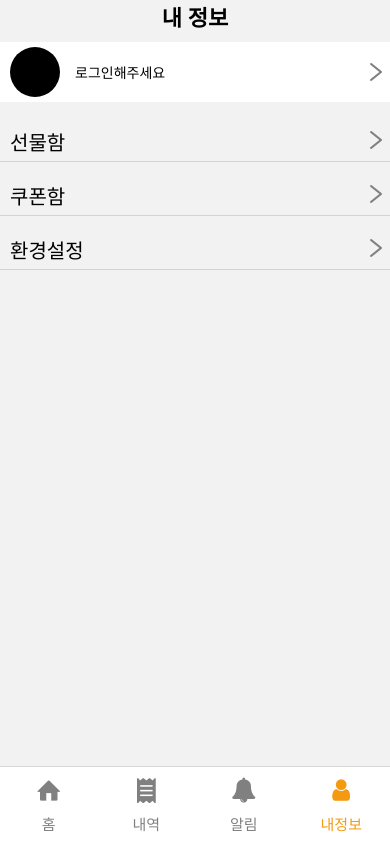
Repository: Unique0902/GachiDutch
Screen: /User
The author's editor kept a copy of each file at every save. The screen is drawn from the files as they stood at one save, then again after the next save.
The app was drawn by React Native's web renderer in a window 390 px wide. The project was rebuilt for these pictures with package versions that can differ from the ones it lists, and the page was loaded fresh each time. Some packages were replaced by stand-ins written for this rebuild. Also part of the build but not shown: sources/components/lowBar/lowBar.jsx, sources/components/taxi/taxi.jsx, sources/components/alarm/alert.js, sources/components/alarm/alarm.jsx, sources/components/dutch_history/dutch_history.jsx, sources/components/dutchpay_historys/dutchpay_historys.jsx, sources/components/delivery_historys/delivery_historys.jsx, sources/components/taxi_historys/taxi_historys.jsx and 3 more.

Above is the screen before, as saved 2022-11-11 16:54:10.

### App.js
import React from 'react';
import { StyleSheet, Text, View, Image } from 'react-native';
import Home from './sources/components/home/home';
import { NavigationContainer } from '@react-navigation/native';
import { createNativeStackNavigator } from '@react-navigation/native-stack';
import Taxi from './sources/components/taxi/taxi';
import Main from './sources/routes/main/main';
import Login from './sources/routes/login/login';
import HttpClient from './sources/network/http.js';
import ReceiptService from './sources/services/receipt.js';
import Ready from './sources/components/ready/ready';

const Stack = createNativeStackNavigator();
const baseURL = 'https://dutch-server.herokuapp.com';
const httpClient = new HttpClient(baseURL);
const receiptService = new ReceiptService(baseURL);

export default function App() {
  return (
    <>
      <NavigationContainer>
        <Stack.Navigator screenOptions={{ headerShown: false }}>
          <Stack.Screen
            name='Main'
            children={({ navigation, route }) => (
              <Main
                receiptService={receiptService}
                navigation={navigation}
                route={route}
              />
            )}
          />
          <Stack.Screen name='Taxi' component={Taxi} />
          <Stack.Screen name='Login' component={Login} />
          <Stack.Screen name='Ready' component={Ready} />
        </Stack.Navigator>
      </NavigationContainer>
    </>
  );
}

const styles = StyleSheet.create({
  header: {
    flexDirection: 'row',
    alignItems: 'center',
    justifyContent: 'space-between',
    margin: 25,
  },
  main: {},
  container: {
    flex: 1,
    backgroundColor: '#fff',
    alignItems: 'center',
    justifyContent: 'center',
  },
  logo: {
    width: 150,
    height: 30,
  },
});

### sources/components/home/home.jsx
import React, { useRef, useState, useEffect } from 'react';
import {
  StyleSheet,
  Text,
  View,
  Image,
  Button,
  Pressable,
  ScrollView,
  Dimensions,
} from 'react-native';
import { Entypo } from '@expo/vector-icons';
import { FontAwesome } from '@expo/vector-icons';
import { FontAwesome5 } from '@expo/vector-icons';
import LowBar from '../lowBar/lowBar';
import { isLogin, getUid } from '../../services/asyncstorage';
import { StatusBar } from 'react-native';

const Home = ({ login, setLogin, navigation, setUserData, userData }) => {
  const [scrollNum, setScrollNum] = useState(1);
  const windowWidth = Dimensions.get('window').width;
  const statusBarHeight = StatusBar.currentHeight;
  const headerStyle = {
    marginTop: statusBarHeight,
  };
  let advertisementWidth = windowWidth - 40;
  const scrollWidth = parseInt(advertisementWidth);
  let scrollLeft = 0;

  const advertisementStyle = () => {
    return {
      width: advertisementWidth,
    };
  };
  const pageCircleStyle = (num) => {
    if (scrollNum === num) {
      return {
        color: '#FB9700',
      };
    } else {
      return {
        color: '#FFFDD1',
      };
    }
  };
  const scrollRef = useRef();
  return (
    <View style={[styles.home, headerStyle]}>
      <View style={styles.top}>
        <View style={styles.header}>
          <Image
            source={require('../../images/dutch_logo.png')}
            style={styles.logo}
          />
          <Pressable
            onPress={() => {
              navigation.navigate('Ready');
            }}
          >
            <Entypo name='menu' size={35} color='black' />
          </Pressable>
        </View>
        <View style={styles.mainTop}>
          {login ? (
            <View style={styles.onLogin}>
              <Text style={styles.onLoginText}>
                {userData && userData.name}님 반가워요!
              </Text>
            </View>
          ) : (
            <View style={styles.login}>
              <View style={styles.loginTop}>
                <Pressable
                  style={styles.loginBtn}
                  onPress={() =>
                    navigation.navigate('Login', { setLogin, setUserData })
                  }
                >
                  <Text style={[styles.loginText, styles.loginBtnText]}>
                    로그인
                  </Text>
                </Pressable>
                <Text style={styles.loginText}>하시고</Text>
              </View>
              <Text style={styles.loginText}>다양한 혜택을 만나 보세요!</Text>
            </View>
          )}
          <View style={styles.advertisementBox}>
            <ScrollView
              horizontal
              pagingEnabled
              contentContainerStyle={styles.advertisementScroll}
              ref={scrollRef}
              onScroll={(e) => {
                scrollLeft = parseInt(e.nativeEvent.contentOffset.x);
                if (scrollLeft % scrollWidth < 10) {
                  setScrollNum(parseInt(scrollLeft / scrollWidth + 1));
                }
              }}
              scrollEventThrottle={100}
              showsHorizontalScrollIndicator={false}
            >
              <Pressable
                style={[styles.advertisement, advertisementStyle()]}
                onPress={() => {
                  navigation.navigate('Ready');
                }}
              >
                <Image
                  source={require('../../images/advertisement_img.png')}
                  style={styles.advertisementImg}
                />
                <Text style={styles.advertisementText}>
                  같이 더치로{'\n'}편리하게 이용하세요
                </Text>
              </Pressable>
              <Pressable
                style={[styles.advertisement, advertisementStyle()]}
                onPress={() => {
                  navigation.navigate('Ready');
                }}
              >
                <Image
                  source={require('../../images/advertisement_img.png')}
                  style={styles.advertisementImg}
                />
                <Text style={styles.advertisementText}>
                  같이 더치로{'\n'}편리하게 이용하세요
                </Text>
              </Pressable>
              <Pressable
                style={[styles.advertisement, advertisementStyle()]}
                onPress={() => {
                  navigation.navigate('Ready');
                }}
              >
                <Image
                  source={require('../../images/advertisement_img.png')}
                  style={styles.advertisementImg}
                />
                <Text style={styles.advertisementText}>
                  같이 더치로{'\n'}편리하게 이용하세요
                </Text>
              </Pressable>
              <Pressable
                style={[styles.advertisement, advertisementStyle()]}
                onPress={() => {
                  navigation.navigate('Ready');
                }}
              >
                <Image
                  source={require('../../images/advertisement_img.png')}
                  style={styles.advertisementImg}
                />
                <Text style={styles.advertisementText}>
                  같이 더치로{'\n'}편리하게 이용하세요
                </Text>
              </Pressable>
            </ScrollView>
            <View style={styles.pageCircles}>
              <FontAwesome
                style={[styles.pageCircle, pageCircleStyle(1)]}
                name='circle'
                size={10}
                color='white'
              />
              <FontAwesome
                style={[styles.pageCircle, pageCircleStyle(2)]}
                name='circle'
                size={10}
                color='white'
              />
              <FontAwesome
                style={[styles.pageCircle, pageCircleStyle(3)]}
                name='circle'
                size={10}
                color='white'
              />
              <FontAwesome
                style={[styles.pageCircle, pageCircleStyle(4)]}
                name='circle'
                size={10}
                color='white'
              />
            </View>
          </View>
        </View>
      </View>
      <Pressable
        style={styles.event}
        onPress={() => {
          navigation.navigate('Ready');
        }}
      >
        <View>
          <Text style={[styles.eventText, { fontSize: 20 }]}>
            이벤트 {'   '}|
          </Text>
        </View>
        <Text style={[styles.eventText, { fontSize: 15, marginLeft: 20 }]}>
          같이더치 월 결제로 10% 할인받자!
        </Text>
        <Text style={[styles.eventText, { fontSize: 20, marginLeft: 20 }]}>
          {'>'}
        </Text>
      </Pressable>

      <View style={styles.mainBottom}>
        <View style={styles.categories}>
          <View style={styles.topBtns}>
            <View style={styles.btnShadow}>
              <Pressable
                style={styles.goodsBtn}
                onPress={() => {
                  if (login) {
                    navigation.navigate('Taxi', { userData });
                  } else {
                    navigation.navigate('Login', { setLogin, setUserData });
                  }
                }}
              >
                <Image
                  source={require('../../images/taxi_img.png')}
                  style={styles.taxiImg}
                />
                <Text style={[styles.goodText, { marginTop: 20 }]}>택시</Text>
              </Pressable>
            </View>
            <View style={styles.btnShadow}>
              <Pressable
                style={styles.goodsBtn}
                onPress={() => {
                  navigation.navigate('Ready');
                }}
              >
                <Image
                  source={require('../../images/delivery_img.png')}
                  style={styles.taxiImg}
                />
                <Text style={[styles.goodText, { marginTop: 20 }]}>배달</Text>
              </Pressable>
            </View>
          </View>
          <View style={styles.downBtns}>
            <View style={styles.btnShadow}>
              <Pressable
                style={styles.downGoodsBtn}
                onPress={() => {
                  navigation.navigate('Ready');
                }}
              >
                <Image
                  source={require('../../images/taxi_human_img.png')}
                  style={styles.peopleImg}
                />
                <Text
                  style={[styles.goodText, { marginRight: 20, marginLeft: 20 }]}
                >
                  지인끼리
                </Text>
                <Image
                  source={require('../../images/location_img.png')}
                  style={styles.peopleImg}
                />
              </Pressable>
            </View>
          </View>
        </View>
      </View>
    </View>
  );
};

export default Home;

const styles = StyleSheet.create({
  home: {
    flex: 1,
    flexDirection: 'column',
  },
  loginText: {
    paddingVertical: 5,
  },
  header: {
    flexDirection: 'row',
    alignItems: 'center',
    justifyContent: 'space-between',
    margin: 0,
    flex: 1,
  },
  mainTop: {
    flex: 6,
  },
  top: {
    flex: 6,
    padding: 20,
  },
  loginBtn: {},
  login: {
    flex: 2,
    marginTop: 15,
  },
  onLogin: {
    flex: 2,
    marginTop: 15,
  },
  onLoginText: {
    marginTop: 10,
    fontSize: 25,
    fontWeight: '600',
    color: '#444444',
  },
  loginTop: {
    flexDirection: 'row',
    alignItems: 'center',
  },
  loginText: {
    fontSize: 18,
    color: '#444444',
  },
  loginBtnText: {
    color: '#F39910',
    textDecorationLine: 'underline',
    textDecorationStyle: 'solid',
    textDecorationColor: '#000',
  },
  mainBottom: {
    flex: 6,
    padding: 15,
  },
  advertisementScroll: {
    borderRadius: 15,
    position: 'relative',
  },
  advertisementBox: {
    flex: 4,
  },
  advertisement: {
    backgroundColor: '#FBBA00',
    borderRadius: 15,
    position: 'relative',
  },
  advertisementText: {
    color: 'white',
    fontSize: 20,
    fontWeight: '800',
    marginLeft: 30,
    marginTop: 25,
  },
  advertisementImg: {
    width: '100%',
    height: '87%',
    position: 'absolute',
    borderRadius: 20,
    bottom: 0,
  },
  pageCircles: {
    flexDirection: 'row',
    position: 'absolute',
    alignItems: 'center',
    bottom: 4,
    left: 140,
  },
  pageCircle: {
    marginLeft: 3,
    marginRight: 3,
  },
  event: {
    flex: 1,
    backgroundColor: '#3C4451',
    flexDirection: 'row',
    justifyContent: 'center',
    alignItems: 'center',
  },
  categories: {
    flex: 1,
  },
  topBtns: {
    flexDirection: 'row',
    flex: 3,
  },
  downBtns: {
    flex: 2,
  },
  goodsBtn: {
    borderRadius: 20,
    backgroundColor: 'white',
    width: '100%',
    height: '100%',
    alignItems: 'center',
    justifyContent: 'center',
  },
  downGoodsBtn: {
    borderRadius: 20,
    backgroundColor: 'white',
    width: '100%',
    height: '100%',
    flexDirection: 'row',
    justifyContent: 'center',
    alignItems: 'center',
  },
  goodText: {
    fontSize: 20,
    fontWeight: '600',
  },
  btnShadow: {
    flex: 1,
    shadowOffset: {
      width: 0,
      height: 1,
    },
    shadowOpacity: 0.18,
    borderRadius: 20,
    shadowRadius: 1.0,
    elevation: 1,
    margin: 5,
  },
  eventText: {
    color: 'white',
  },
  taxiImg: {
    width: 90,
    height: 90,
  },
  peopleImg: {
    width: 60,
    height: 67,
  },
  logo: {
    width: 150,
    height: 30,
  },
});

### sources/routes/main/main.jsx
import React, { useEffect, useRef, useState } from 'react';
import { View, Button, Text } from 'react-native';
import Home from '../../components/home/home';
import LowBar from '../../components/lowBar/lowBar';
import User from '../../components/user/user';
import Alarm from '../../components/alarm/alarm';
import Receipt from '../../components/receipt/receipt';
import { createBottomTabNavigator } from '@react-navigation/bottom-tabs';
import { Entypo } from '@expo/vector-icons';
import { FontAwesome } from '@expo/vector-icons';
import { FontAwesome5 } from '@expo/vector-icons';
import { isLogin, matchUserData } from '../../services/asyncstorage';

const Tab = createBottomTabNavigator();

const Main = ({ receiptService, navigation, route }) => {
  const [login, setLogin] = useState(false);
  const [userData, setUserData] = useState(null);
  useEffect(() => {
    isLogin().then((result) => {
      if (result) {
        setLogin(true);
        console.log('로그인 되어있음!');
        matchUserData(setUserData);
      } else {
        setLogin(false);
        console.log('로그인 안되어있음!');
      }
    });
  }, [login]);
  return (
    <>
      <View style={{ flex: 14 }}>
        <Tab.Navigator
          screenOptions={({ route }) => ({
            tabBarIcon: ({ color, size }) => {
              if (route.name === 'Home') {
                return <Entypo name='home' size={size} color={color} />;
              } else if (route.name === 'Receipt') {
                return (
                  <FontAwesome5 name='receipt' size={size} color={color} />
                );
              } else if (route.name === 'Alarm') {
                return <FontAwesome name='bell' size={size} color={color} />;
              } else if (route.name === 'User') {
                return <FontAwesome name='user' size={size} color={color} />;
              }
            },
            tabBarStyle: { flex: 0.1 },
            tabBarLabelStyle: {
              fontSize: 15,
              marginBottom: 10,
              fontWeight: '500',
            },
            tabBarActiveTintColor: '#F49A11',
            tabBarInactiveTintColor: 'gray',
            headerShown: false,
          })}
        >
          <Tab.Screen
            name='Home'
            options={({ route, navigation }) => {
              return { tabBarLabel: '홈' };
            }}
            children={({ navigation }) => (
              <Home
                login={login}
                setLogin={setLogin}
                navigation={navigation}
                setUserData={setUserData}
                userData={userData}
              />
            )}
          />
          <Tab.Screen
            name='Receipt'
            options={({ route, navigation }) => {
              return { tabBarLabel: '내역' };
            }}
            children={({ navigation, route }) => (
              <Receipt
                login={login}
                navigation={navigation}
                receiptService={receiptService}
                userData={userData}
                route={route}
              />
            )}
          />
          <Tab.Screen
            options={({ route, navigation }) => {
              return { tabBarLabel: '알림' };
            }}
            name='Alarm'
            children={({ navigation }) => (
              <Alarm login={login} navigation={navigation} />
            )}
          />
          <Tab.Screen
            options={({ route, navigation }) => {
              return { tabBarLabel: '내정보' };
            }}
            name='User'
            children={({ navigation }) => (
              <User
                login={login}
                setLogin={setLogin}
                navigation={navigation}
                setUserData={setUserData}
                userData={userData}
              />
            )}
          />
        </Tab.Navigator>
      </View>
    </>
  );
};

export default Main;

### sources/network/http.js
export default class HttpClient {
  constructor(baseURL) {
    this.baseURL = baseURL;
  }

  async fetch(url, options) {
    const res = await fetch(`${this.baseURL}${url}`, {
      ...options,
      headers: {
        'Content-Type': 'application/json',
        ...options.headers,
      },
    });
    let data;
    try {
      data = await res.json();
    } catch (error) {
      console.error(error);
    }

    if (res.status > 299 || res.status < 200) {
      const message =
        data && data.message ? data.message : 'Something went wrong! 🤪';
      const error = new Error(message);
      throw error;
    }
    return data;
  }
}

### sources/services/receipt.js
export default class ReceiptService {
  constructor(http) {
    this.http = http;
  }

  getTexiHistorys = async (userId) => {
    return await fetch(`${this.http}/receipt/all/${userId}`, {
      method: 'GET',
    });
  };
}

### sources/services/asyncstorage.js
import AsyncStorage from '@react-native-async-storage/async-storage';

export const isLogin = async () => {
  try {
    const loginDatas = await AsyncStorage.getItem('loginDatas');
    console.log(loginDatas);
    if (loginDatas) {
      return true;
    } else {
      return false;
    }
  } catch (e) {
    console.error(e);
  }
};

export const logout = async () => {
  try {
    await AsyncStorage.removeItem('loginDatas');
  } catch (error) {
    console.error(error);
  }
};

export const getRefreshToken = async () => {
  try {
    const loginDatas = await AsyncStorage.getItem('loginDatas');
    if (loginDatas) {
      return JSON.parse(loginDatas).refreshToken;
    }
  } catch (e) {
    console.error(e);
  }
};

export const getUid = async () => {
  try {
    const loginDatas = await AsyncStorage.getItem('loginDatas');
    if (loginDatas) {
      return JSON.parse(loginDatas).uid;
    }
  } catch (e) {
    console.error(e);
  }
};

export const matchUserData = async (setUserData) => {
  try {
    const loginDatas = await AsyncStorage.getItem('loginDatas');
    if (loginDatas) {
      return setUserData(JSON.parse(loginDatas));
    }
  } catch (e) {
    console.error(e);
  }
};

### sources/components/user/user.jsx
import React, { useEffect, useRef, useState } from 'react';
import { StatusBar } from 'react-native';
import {
  StyleSheet,
  Text,
  View,
  Pressable,
  ScrollView,
  Image,
} from 'react-native';
import { AntDesign } from '@expo/vector-icons';
import { isLogin, logout } from '../../services/asyncstorage';

export default function User({
  login,
  setLogin,
  navigation,
  setUserData,
  userData,
}) {
  const statusBarHeight = StatusBar.currentHeight;
  const headerStyle = {
    marginTop: statusBarHeight,
  };
  const onProfilePress = () => {
    console.log('profile pressed');
  };
  const onProfileInfoPress = () => {
    if (login) {
    } else {
      navigation.navigate('Login', { setLogin: setLogin });
    }
  };
  useEffect(() => {
    console.log(login);
  }, []);
  return (
    <View style={styles.container}>
      <View>
        <Text style={[styles.header, headerStyle]}>내 정보</Text>
      </View>
      <View>
        <Pressable style={styles.profileBtn}>
          <Pressable onPress={onProfilePress}>
            <Image style={styles.profileImage} />
          </Pressable>
          <View style={styles.profileName}>
            {login ? (
              <>
                <Text style={styles.nameText}>{userData && userData.name}</Text>
              </>
            ) : (
              <>
                <Text>로그인해주세요</Text>
              </>
            )}
          </View>
          <AntDesign style={styles.enter} name='right' size={24} />
        </Pressable>
        {/* <Pressable
          style={{
            flexDirection: 'column',
            alignItems: 'flex-end',
            marginBottom: 15,
          }}
        >
          <View style={{ flexDirection: 'row' }}>
            <Text>*** </Text>
            <Text>Point</Text>
            <AntDesign name='right' size={24} color='black' />
          </View>
        </Pressable> */}
      </View>

      <View style={styles.menus}>
        {/* <Pressable style={styles.enterMenu}>
          <Text style={styles.menuText}>주문내역</Text>
          <AntDesign name='right' size={24} color='black' />
        </Pressable> */}
        <Pressable style={styles.enterMenu}>
          <Text style={styles.menuText}>선물함</Text>
          <AntDesign style={styles.enter} name='right' size={24} />
        </Pressable>
        <Pressable style={styles.enterMenu}>
          <Text style={styles.menuText}>쿠폰함</Text>
          <AntDesign style={styles.enter} name='right' size={24} />
        </Pressable>
        <Pressable style={styles.enterMenu}>
          <Text style={styles.menuText}>환경설정</Text>
          <AntDesign style={styles.enter} name='right' size={24} />
        </Pressable>
        {login && (
          <Pressable style={styles.logoutBtn}>
            <Text
              style={styles.logoutText}
              onPress={() => {
                logout().then(() => {
                  setLogin(false);
                  console.log('로그아웃됨!');
                  setUserData(null);
                  navigation.navigate('Main', { screen: 'Home' });
                });
              }}
            >
              로그아웃
            </Text>
          </Pressable>
        )}
      </View>
    </View>
    //내정보
  );
}

const styles = StyleSheet.create({
  container: {
    flex: 1,
  },
  header: {
    fontSize: 22,
    fontWeight: '600',
    alignSelf: 'center',
  },
  enterMenu: {
    justifyContent: 'space-between',
    flexDirection: 'row',
    marginBottom: 14,
    padding: 5,
    paddingHorizontal: 10,
    borderBottomColor: 'lightgray',
    borderBottomWidth: 0.5,
    borderStyle: 'solid',
  },
  menus: {
    marginTop: 20,
  },
  menuText: {
    fontSize: 20,
    fontWeight: '500',
  },
  nameText: {
    fontSize: 20,
    fontWeight: '600',
  },
  profileImage: {
    width: 50,
    height: 50,
    borderRadius: 100,
    backgroundColor: 'black',
  },
  infoArea: {
    flexDirection: 'column',
  },
  infoText: {
    fontSize: 24,
    fontWeight: '500',
  },
  profileBtn: {
    marginTop: 10,
    padding: 5,
    paddingHorizontal: 10,
    flexDirection: 'row',
    alignItems: 'center',
    backgroundColor: 'white',
  },
  logoutBtn: {},
  logoutText: {
    fontSize: 20,
    fontWeight: '500',
    color: 'red',
  },
  profileName: {
    marginLeft: 15,
  },
  enter: {
    position: 'absolute',
    right: 2,
    color: 'gray',
  },
});

Loaded but not shown: index.js (common file)

After the next save:
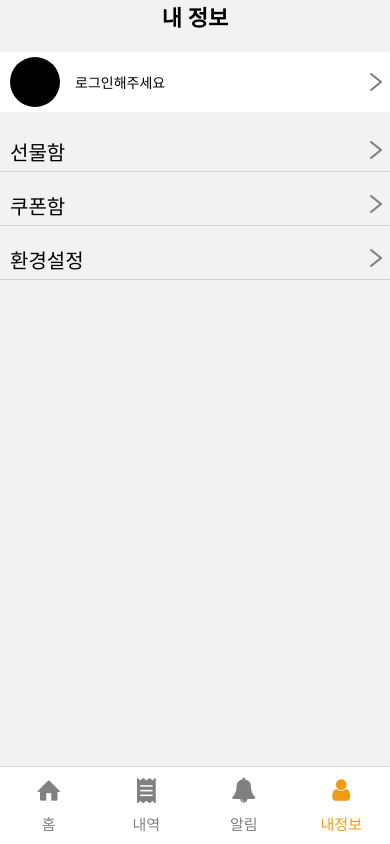
Saved 90 s later.
--- a/sources/components/user/user.jsx
+++ b/sources/components/user/user.jsx
@@ -156,7 +156,7 @@ const styles = StyleSheet.create({
     fontWeight: '500',
   },
   profileBtn: {
-    marginTop: 10,
+    marginTop: 20,
     padding: 5,
     paddingHorizontal: 10,
     flexDirection: 'row',
